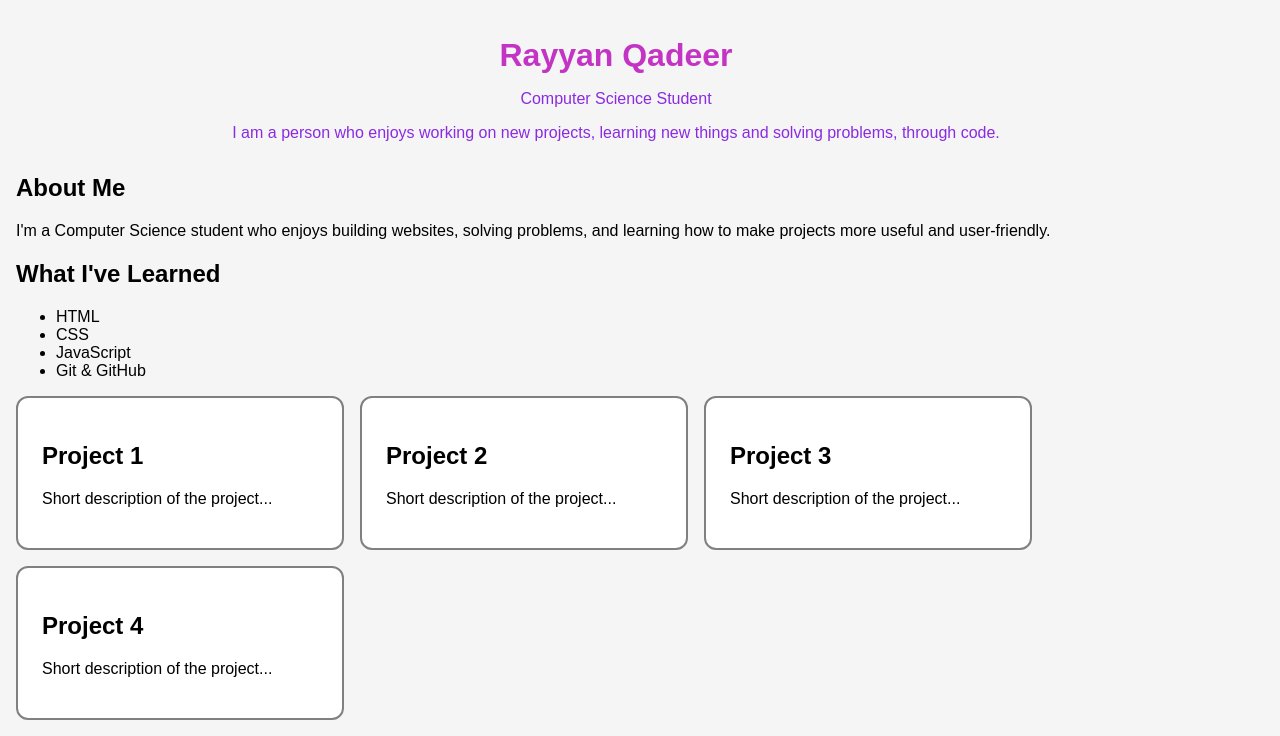
Repository: rayyan-qadeer/rayyan-qadeer
Page: index.html
The author's editor kept a copy of each file at every save. The page is drawn from the files as they stood at one save, then again after the next save.
The browser window is 1280 px wide. The pictures show the whole page.

Above is the page before, as saved 2026-05-06 03:05:27.

### index.html
<!doctype html>
<html lang="en">
  <head>
    <meta charset="UTF-8" />
    <meta name="viewport" content="width=device-width, initial-scale=1.0" />
    <title>Rayyan Qadeer Portfolio</title>
    <link rel="stylesheet" href="./styles/globals.css" />
    <link rel="stylesheet" href="./styles/index.css" />
  </head>
  <body>
    <main>
      <header>
        <h1>Rayyan Qadeer</h1>
        <p class="subtitle">Computer Science Student</p>
        <p class="description">
          I am a person who enjoys working on new projects, learning new things and solving problems, through code.
        </p>
      </header>

      <section class ="about">
        <h2>About Me</h2>
        <p>I'm a Computer Science student who enjoys building websites, solving problems, and learning how to make projects more useful and user-friendly.
        </p>
      </section>

      <section class ="skills">
        <h2>What I've Learned</h2>
        <ul>
          <li>HTML</li>
          <li>CSS</li>
          <li>JavaScript</li>
          <li>Git & GitHub</li>
        </ul>
      </section>

      <section class="projects">
        <article class="card">
          <h2>Project 1</h2>
          <p>Short description of the project...</p>
        </article>

        <article class="card">
          <h2>Project 2</h2>
          <p>Short description of the project...</p>
        </article>

        <article class="card">
          <h2>Project 3</h2>
          <p>Short description of the project...</p>
        </article>

        <article class="card">
          <h2>Project 4</h2>
          <p>Short description of the project...</p>
        </article>
      </section>
    </main>
  </body>
</html>

### styles/globals.css
body {
    margin: 0rem;
    font-family: Arial, Helvetica, sans-serif;
    background-color: whitesmoke;
    color: black;
}

### styles/index.css
main {
  padding: 1rem;
  max-width: 1200px;
  margin: 0rem;
}

header {
  text-align: center;
  margin-bottom: 2rem;
}

header h1 {
  margin-bottom: 0.5rem;
  color: rgb(196, 52, 196);
}

.subtitle {
  color: blueviolet;
  margin-bottom: 0.5rem;
}

.description {
  color: blueviolet;
}

.projects {
  display: flex;
  flex-direction: column;
  gap: 1rem;
}

.card {
  background-color: white;
  padding: 1.5rem;
  border-radius: 12px;
  border: 2px solid gray;
}

.card:hover {
  transform: translateY(-4px);
  background-color: plum;
}

@media (min-width: 768px) {
  .projects {
    flex-direction: row;
    flex-wrap: wrap;
  }

  .card {
    width: 48%;
  }
}

@media (min-width: 1024px) {
  .card {
    width: 23%;
  }
}

After the next save:
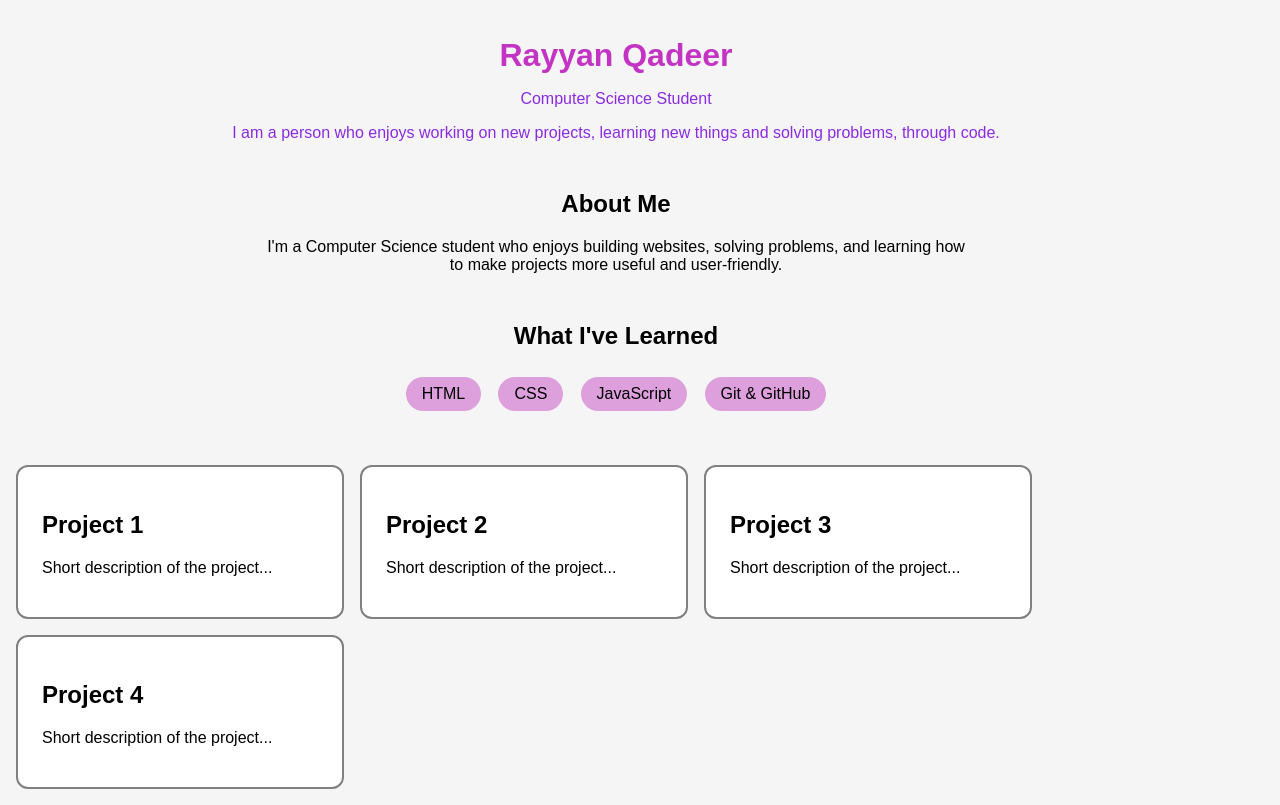
Saved 114 s later.
--- a/styles/index.css
+++ b/styles/index.css
@@ -21,6 +21,26 @@ header h1 {
 
 .description {
   color: blueviolet;
+}
+
+.about,
+.skills {
+  text-align: center;
+  max-width: 43.75rem;
+  margin: 3rem auto;
+}
+
+.skills ul {
+  list-style: none;
+  padding: 0rem;
+}
+
+.skills li {
+  display: inline-block;
+  margin: 0.4rem;
+  padding: 0.5rem 1rem;
+  background-color: plum;
+  border-radius: 1.25rem;
 }
 
 .projects {
